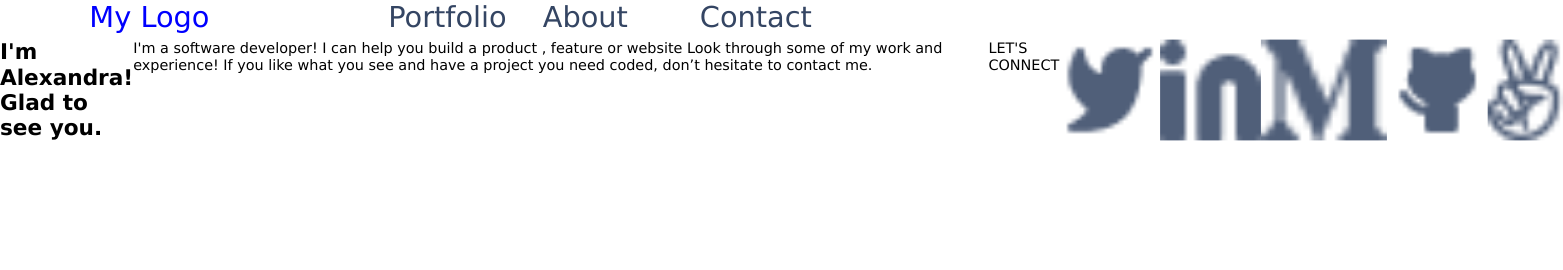
Repository: usman3123/portfolio-template-3
Page: portfolio.html
These files come from the project's save history. The page is drawn as it stood at one moment and after the next save; the edit follows.
The browser window is 1280 px wide. The page is 1737 px wide, so the pictures cover 1737 px, including what lies to the right of the window. The pictures show the whole page, at 90% of full size.
Some web libraries are served in a nearby version.

Above is the page before, as saved 2025-01-22 09:11:32.

### portfolio.html
<!DOCTYPE html>
<html lang="en">
<head>
  <meta charset="UTF-8">
  <meta name="viewport" content="width=device-width, initial-scale=1.0">
  <title>project 2</title>
  <link rel="stylesheet" href="style.css">
  <link href='https://unpkg.com/boxicons@2.1.4/css/boxicons.min.css' rel='stylesheet'>
  <link rel="stylesheet" href="https://cdnjs.cloudflare.com/ajax/libs/font-awesome/6.6.0/css/all.min.css" integrity="sha512-Kc323vGBEqzTmouAECnVceyQqyqdsSiqLQISBL29aUW4U/M7pSPA/gEUZQqv1cwx4OnYxTxve5UMg5GT6L4JJg==" crossorigin="anonymous" referrerpolicy="no-referrer" />
  <link rel="stylesheet" href="https://cdnjs.cloudflare.com/ajax/libs/font-awesome/6.6.0/css/all.min.css" integrity="sha512-Kc323vGBEqzTmouAECnVceyQqyqdsSiqLQISBL29aUW4U/M7pSPA/gEUZQqv1cwx4OnYxTxve5UMg5GT6L4JJg==" crossorigin="anonymous" referrerpolicy="no-referrer" />

  <link rel="stylesheet" href="https://cdnjs.cloudflare.com/ajax/libs/font-awesome/6.7.2/css/all.min.css">
  <link rel="preconnect" href="https://fonts.googleapis.com">
<link rel="preconnect" href="https://fonts.gstatic.com" crossorigin>
<link href="https://fonts.googleapis.com/css2?family=Poppins:ital,wght@0,100;0,200;0,300;0,400;0,500;0,600;0,700;0,800;0,900;1,100;1,200;1,300;1,400;1,500;1,600;1,700;1,800;1,900&display=swap" rel="stylesheet">
</head>

<body>

  <!-- Navbar -->

  <nav class="navbar flex">
    <p class="mainlogoo">My Logo</p>
    <div class="nav-links flex">
    <a href="#myportfolio" style="text-decoration: none;" class="link">Portfolio</a>
    <a href="#myabout" style="text-decoration: none;" class="link">About<a>
    <a href="#mycontact" style="text-decoration: none;" class="link">Contact<a>
    </div>
    <img src="/assets/Enabled.png" id="menu-icon">
  </nav>

  <!-- Main Content -->

   <main>



  <section id="myportfolio" class="hero-section flex">
    <div class="hero-content flex">
       <h1> I'm Alexandra! <br>
           Glad to see you.
       </h1>
       <p>
          I'm a software developer! I can help you build a product , feature or website Look through  some of my work and experience! If you like what you see and have a project you need coded, don’t hesitate to contact me.
       </p>

     <p class="let-connect"> LET'S CONNECT</p>

      <div class="icons flex">
          <img src="/assets/twitter.png" class="twitter">
          <img src="assets/Linkedin.png" class="inimage">
          <img src="assets/M.png" class="mimage">
          <img src="assets/Github.png" class="tomimage">
          <img src="assets/V.png" class="protocol">
      </div>
    </div>
  </section>

  <!-- Cards Section -->

  <!-- <section class="cards flex">
  </section>

  <div class="page">
    </div>
     -->


   <!-- ABOUT MYSELF -->

  <!-- <section id="myabout" class="about flex">

    <div class="about-intro flex">
      <h1 style="font-size: 40px;">About Myself</h1>
      <p class="about-paragraph">Hello I'm a software developer! I can help you build a product , feature or website Look through some of my work and experience! If you like what you see and have a project you need coded, don't hesitate to contact me.</p>
        <p class="let-connect">Let's Connect</p>
        <div class="icons flex icon-gap">
          <img src="assets/twitter.png" class="twitter">
          <img src="assets/Linkedin.png" class="inimage">
          <img src="assets/M.png" class="mimage">
          <img src="assets/Github.png" class="tomimage">
          <img src="assets/V.png" class="protocol">
      </div>
      <button class="button rsm-btn"> Get my resume</button>
    </div>

    <div class="about-skills flex">
      <div class="about-all flex">
        <p>Languages</p>
        <i class='bx bx-chevron-down'></i>
      </div>
      <div class="about-lang flex">
        <div class="about-lang-img flex">
          <i class="fa-brands fa-js" style="color: #ff0000;"></i>
          <p>JavaScript</p>
        </div>
        <div class="about-lang-img flex">
          <i class="fa-brands fa-html5" style="color: #FFD43B;"></i>
          <p>Html</p>

        </div>
        <div class="about-lang-img flex">
          <i class="fa-brands fa-css3-alt" style="color: #74C0FC;"></i>
          <p>css</p>
        </div>
      </div>
      <div class="about-all flex">
        <p> Frameworks</p>
        <i class='bx bx-chevron-right'></i>
      </div>
      <div class="about-all flex">
        <p>Skills</p>
        <i class='bx bx-chevron-right'></i>
        </div>
        </div>
        <div class="contact-section flex">
            <h4 class="contact-paragraph">I'm always interested in hearing about new projects, so if you'd like to chat please get in touch.</h4>
            <form action="submit-form" class="contact-form flex">
                <div class="names flex">
                    <input type="text" placeholder="Full name" class="first-name">
                    <input type="text" placeholder="last name" class="last-name">
      </div>
        <div class="contact-section flex">
            <h4 class="contact-paragraph">I'm always interested in hearing about new projects, so if you'd like to chat please get in touch.</h4>
            <form action="submit-form" class="contact-form flex">
                <div class="names flex">
                    <input type="text" placeholder="Full name" class="first-name">
                    <input type="text" placeholder="last name" class="last-name">
    </div>
  </section> -->

  <!-- Contact section -->

  <!-- <section id="mycontact" class="contact-section">
    <h1 class="contact-heading">Contact Me</h1>
    <p class="contact-description">
        If you have an application you are interested in developing, a feature that you need built, or a project that needs coding, I'd love to help with it!
    </p>
    <form class="contact-form">
        <input class="form-input" type="text" placeholder="Your Name">
        <input class="form-input" type="email" placeholder="Your Email">
        <textarea class="form-message" placeholder="Write your message here..."></textarea>
        <button class="form-button">Get in Touch</button>
    </form>

</section>

</main> -->

<script src="index.js"></script>
</body>
</html>

### style.css
*{
    margin: 0;
    padding: 0;
    box-sizing: border-box;
}
body {
    font-family: Verdana, Geneva, Tahoma, sans-serif;
}
.flex {
    display: flex;
}
.navbar {
    justify-content: space-around;
}
.mainlogoo {
    font-size: 2rem;
    color: blue;
}
.nav-links {
    gap: 40px;
    font-size: 2rem;
}
.link {
    color: #344563;
}
#nav-icon {
    display: none;
}

Loaded but not shown: index.js (no copy from this time; the picture is the same without it)

After the next save:
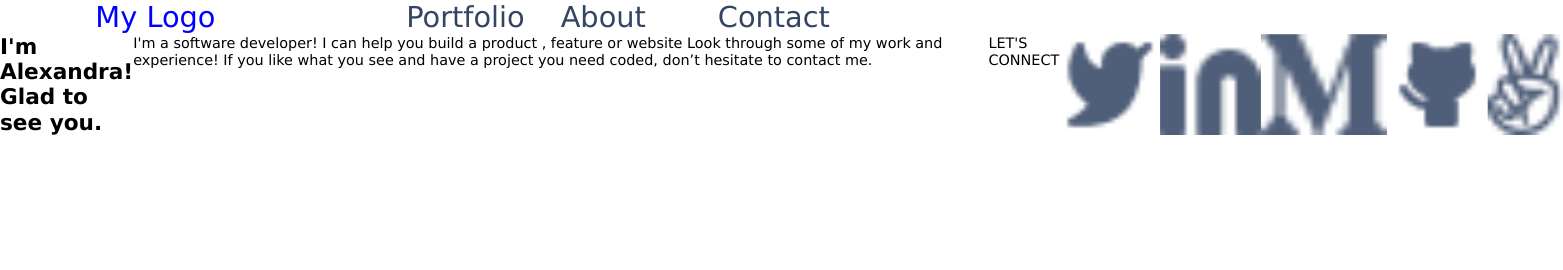
Saved 30 s later.
--- a/style.css
+++ b/style.css
@@ -23,6 +23,6 @@ body {
 .link {
     color: #344563;
 }
-#nav-icon {
+#menu-icon {
     display: none;
 }

After the save that followed:
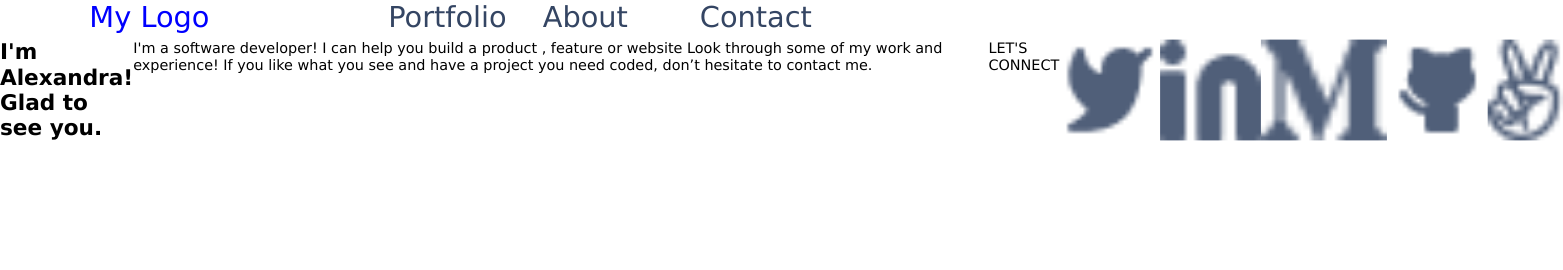
Saved 16 s later.
--- a/style.css
+++ b/style.css
@@ -24,5 +24,6 @@ body {
     color: #344563;
 }
 #menu-icon {
-    display: none;
+    /* display: none; */
+    color: black;
 }
